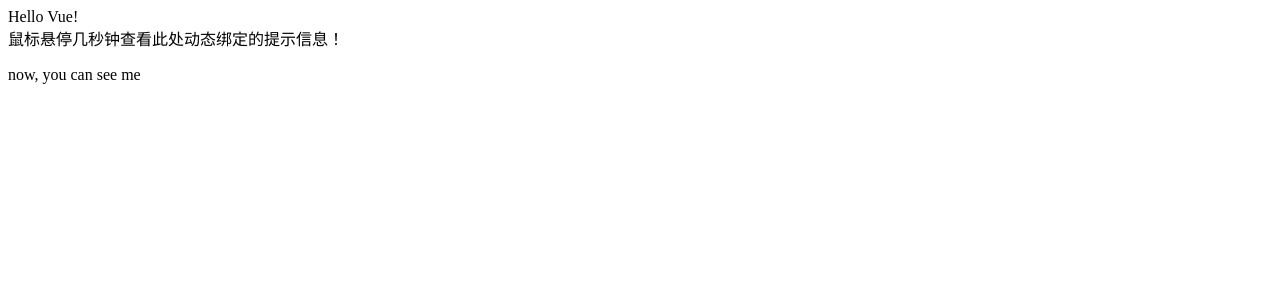
Repository: AlanPeng97/vue2.x-learning
Page: intro/coreBaisc/index.html
An editor plug-in stored every save of this project. The page is shown before and after the next save, followed by the edit.
The browser window is 1280 px wide. The pictures show the whole page.
Some web libraries are served in a nearby version.

Above is the page before, as saved 2024-01-26 16:34:09.

After the next save:
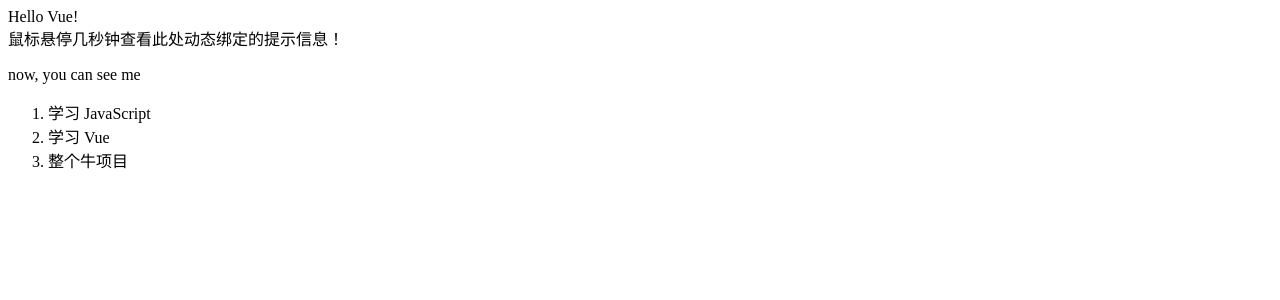
Saved 3 min 27 s later.
--- a/intro/coreBaisc/index.html
+++ b/intro/coreBaisc/index.html
@@ -27,6 +27,13 @@
     <div id="app-3">
       <p v-if="seen">now, you can see me</p>
     </div>
+
+    <div id="app-4">
+      <ol>
+        <li v-for="todo in todos">{{ todo.text }}</li>
+      </ol>
+    </div>
+
     <script type="text/javascript">
       var app = new Vue({
         el: "#app",
@@ -48,6 +55,17 @@
           seen: true,
         },
       });
+
+      var app4 = new Vue({
+        el: "#app-4",
+        data: {
+          todos: [
+            { text: "学习 JavaScript" },
+            { text: "学习 Vue" },
+            { text: "整个牛项目" },
+          ],
+        },
+      });
     </script>
   </body>
 </html>
